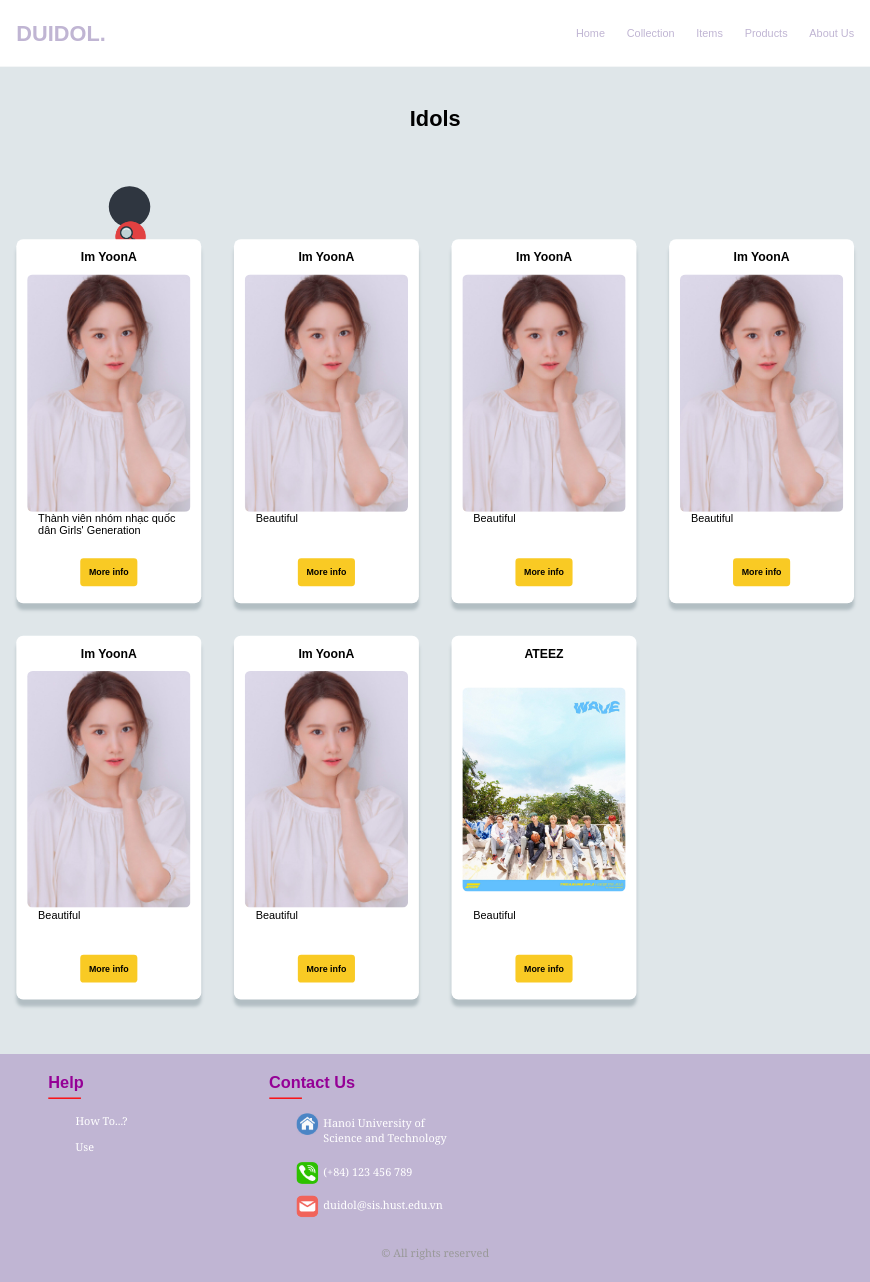
Repository: hangvtt183524/Cong_nghe_Web_va_dich_vu_truc_tuyen_20202
Page: ProjectWeb/src/View/html/idol_list.html
The author's editor kept a copy of each file at every save. The page is drawn from the files as they stood at one save, then again after the next save.
The browser window is 1280 px wide. The pictures show the whole page, at 68% of full size.

Above is the page before, as saved 2021-05-06 18:09:44.

After the next save:
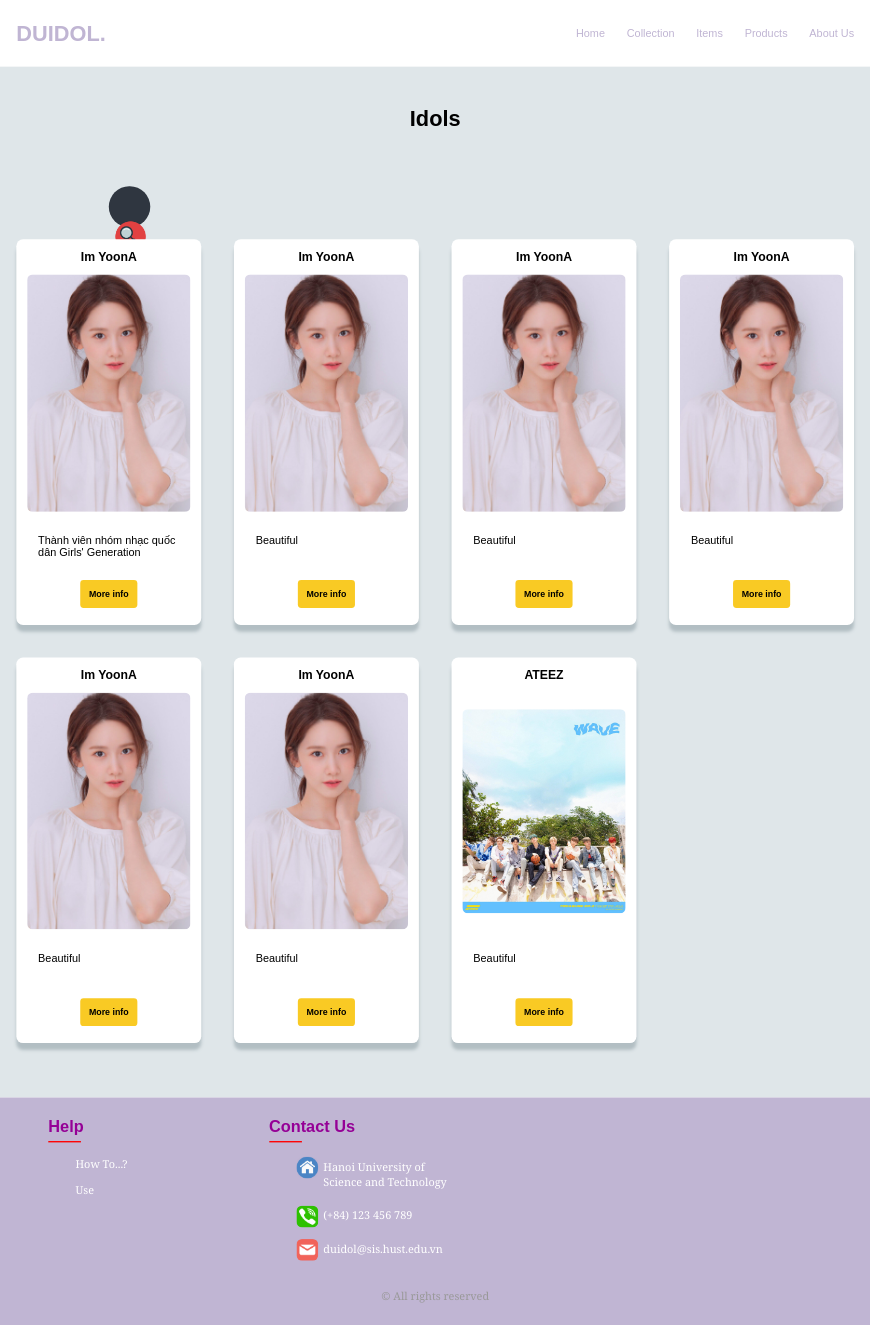
Saved 45 s later.
--- a/ProjectWeb/src/View/css/idol_list.css
+++ b/ProjectWeb/src/View/css/idol_list.css
@@ -122,7 +122,7 @@
 	height: 4em;
 	margin-left: 1em;
 	margin-right: 1em;
-	margin-top: 1em;
+	margin-top: 3em;
 	margin-bottom: 0.5em;
 }
 
